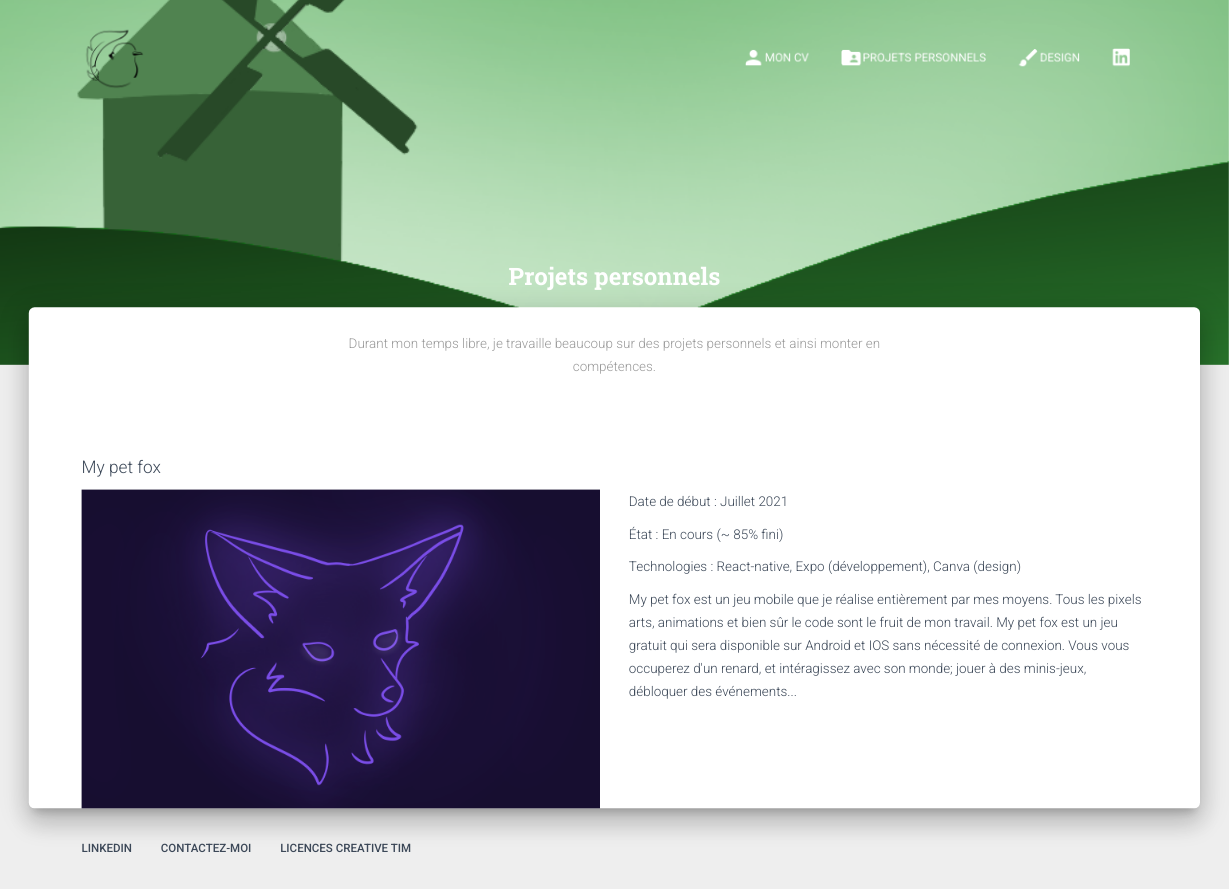
Repository: sdeschaepmeester/NewPortfolio
Page: /#/projects
An editor plug-in stored every save of this project. The page is shown before and after the next save, followed by the edit.
The browser window is 1280 px wide. The pictures show the whole page, at 96% of full size.
Some web libraries are served in a nearby version. The project was rebuilt for these pictures with package versions that can differ from the ones it lists, and the page was loaded fresh each time. Also part of the build but not shown: vue.config.js, src/views/components/APropos.vue, src/views/components/NavigationSection.vue, src/views/components/SmallNavigationSection.vue, src/components/Dropdown.vue, src/components/Pagination.vue, src/components/Slider.vue, src/components/Badge.vue and 15 more.

Above is the page before, as saved 2022-07-11 18:36:58.

### public/index.html
<!--

=========================================================
* Vue Material Kit - v1.2.2
=========================================================

* Product Page: https://www.creative-tim.com/product/vue-material-kit
* Copyright 2019 Creative Tim (https://www.creative-tim.com)
* Licensed under MIT (https://github.com/creativetimofficial/vue-material-kit/blob/master/LICENSE.md)

* Coded by Creative Tim

=========================================================

* The above copyright notice and this permission notice shall be included in all copies or substantial portions of the Software.

-->

<!DOCTYPE html>
<html lang="en">
  <head>
    <meta charset="utf-8">
    <meta http-equiv="X-UA-Compatible" content="IE=edge">
    <meta name="viewport" content="width=device-width,initial-scale=1.0">
    <link rel="icon" href="<%= BASE_URL %>favicon.png">
    <title>Portfolio - Samantha Deschaepmeester</title>

    <!--  Fonts and icons     -->
    <link rel="stylesheet" type="text/css" href="https://fonts.googleapis.com/css?family=Roboto:300,400,500,700|Roboto+Slab:400,700|Material+Icons" />
    <link rel="stylesheet" href="//fonts.googleapis.com/icon?family=Material+Icons">
    <link href="https://use.fontawesome.com/releases/v5.0.8/css/all.css" rel="stylesheet">
  </head>
  <body>
    <noscript>
      <strong>We're sorry but vue-material-kit doesn't work properly without JavaScript enabled. Please enable it to continue.</strong>
    </noscript>
    <div id="app"></div>
    <!-- built files will be auto injected -->
  </body>
</html>

### src/views/Projects.vue
<template>
  <div class="wrapper">
    <parallax
      class="section page-header"
      :style="headerStyle"
    ></parallax>
    <div class="main main-raised">
      <div class="section">
        <div class="container">
          <div class="md-layout">
            <div class="md-layout-item md-size-50 mx-auto">
              <div class="profile">
                <div class="avatar">
                </div>
                <div class="name">
                  <h3 class="title" style="color: white" >Projets personnels</h3>
                </div>
              </div>
            </div>
          </div>
          <div class="description text-center">
            <p>
              Durant mon temps libre, je travaille beaucoup sur des projets personnels et ainsi monter en compétences.
            </p>
          </div>
          <div class="profile-tabs">
<h4>My pet fox</h4>
      <div class="md-layout">
        <div
          class="md-layout-item md-size-50 md-xsmall-size-100"
        >
          <img
            :src="require('@/assets/img/drawing/neon-fox.png')"
          />
        </div>
        <div
          class="md-layout-item md-xsmall-size-100"
        >

          <p>Date de début : Juillet 2021</p>
          <p>État : En cours (~ 85% fini)</p>
          <p>Technologies : React-native, Expo (développement), Canva (design)</p>
          <p>My pet fox est un jeu mobile que je réalise entièrement par mes moyens. Tous les pixels arts, animations et bien
             sûr le code sont le fruit de mon travail.
             My pet fox est un jeu gratuit qui sera disponible sur Android et IOS sans nécessité de connexion.
             Vous vous occuperez d'un renard, et intéragissez avec son monde; jouer à des minis-jeux, débloquer des événements...
          </p>
        </div>
      </div>






          </div>
        </div>
      </div>
    </div>
  </div>
</template>

<script>
export default {
  components: {
  },
  bodyClass: "profile-page",
  data() {
    return {
    };
  },
  props: {
    header: {
      type: String,
      default: require("@/assets/img/mill.png")
    },
  },
  computed: {
    headerStyle() {
      return {
        backgroundImage: `url(${this.header})`
      };
    }
  },
  methods: {
  }
};
</script>

<style lang="scss" scoped>
.imageInModal{
  max-height: 250px;
  max-width: 500px;
}

.modalImage {
  height: 500px!important;
  position: fixed!important;
  margin-top: 5%!important;
}

.section {
  padding: 0;
}

.profile-tabs::v-deep {
  .md-card-tabs .md-list {
    justify-content: center;
  }

  [class*="tab-pane-"] {
    margin-top: 3.213rem;
    padding-bottom: 50px;

    img {
      margin-bottom: 2.142rem;
    }
  }
}
</style>

### src/layout/MainFooter.vue
<template>
  <footer
    class="footer"
    :class="{ [`footer-${type}`]: type }"
    :data-background-color="backgroundColor"
  >
    <div class="container">
      <nav>
        <ul>
          <li>
            <a href="https://www.linkedin.com/in/samantha-deschaepmeester/">
              LinkedIn
            </a>
          </li>
          <li>
            <a href="mailto:deschaepmeester.samantha@gmail.com">
              Contactez-moi
            </a>
          </li>
          <li>
            <a href="https://www.creative-tim.com/license">
              Licences Creative Tim
            </a>
          </li>
        </ul>
      </nav>
    </div>
  </footer>
</template>
<script>
export default {
  props: {
    backgroundColor: String,
    type: String
  },
  data() {
    return {
      year: new Date().getFullYear()
    };
  }
};
</script>
<style></style>

### src/assets/scss/material-kit/_typography.scss
body, h1, h2, h3, h4, h5, h6, .h1, .h2, .h3, .h4 {
  font-family: $font-family-sans-serif;
  font-weight: 300;
}

h1,h2,h3,.h1,.h2,.h3{
    margin-top: 20px;
    margin-bottom: 10px;
}

h4,h5,h6,.h4,.h5,.h6{
    margin-top: 10px;
    margin-bottom: 10px;
}

h1, .h1 {
    font-size: $font-size-h1;
    line-height: 1.15em;
}
h2, .h2{
    font-size: $font-size-h2;
    line-height: 1.5em;
}
h3, .h3{
    font-size: $font-size-h3;
    line-height: 1.4em;
}
h4, .h4{
    font-size: $font-size-h4;
    line-height: 1.5em;
}
h5, .h5 {
    font-size: $font-size-h5;
    line-height: 1.55em;
    margin-bottom: 15px;
}
h6, .h6{
    font-size: $font-size-h6;
    text-transform: uppercase;
    font-weight: $font-weight-bold;
}

p{
    font-size: $font-paragraph;
    margin: 0 0 10px;
}

h2.title{
    margin-bottom: $margin-base * 2;
}

.title,
.card-title,
.info-title,
.footer-brand,
.footer-big h5,
.footer-big h4,
.media .media-heading{
    font-weight: $font-weight-extra-bold;
    font-family: $font-family-serif;

    &,
    a{
        color: $black-color;
        text-decoration: none;
    }
}

.description,
.card-description,
.footer-big p{
    color: $gray-light;
}

.text-warning {
  color: $brand-warning !important;
}
.text-primary {
  color: $brand-primary !important;
}
.text-danger {
  color: $brand-danger !important;
}
.text-success {
  color: $brand-success !important;
}
.text-info {
  color: $brand-info !important;
}
.text-gray{
  color: $gray-color !important;
}
.text-muted {
  color: #6c757d!important;
}

### src/assets/scss/material-kit/_carousel.scss
.VueCarousel-pagination {
  position: absolute;
  bottom: 5px;
  margin-bottom: 15px;
}

.VueCarousel-wrapper {
  border-radius: $border-radius-large;
}

.VueCarousel-dot {
  width: 10px !important;
  height: 10px !important;
  padding: 0 !important;
  margin: 10px;
  border: 1px solid #fff;
  background: #FFF !important;
  box-shadow: 0 2px 2px 0 rgba(0,0,0,.14), 0 3px 1px -2px rgba(0,0,0,.12), 0 1px 5px 0 rgba(0,0,0,.2);
  border-radius: 2px !important;
  transition: all .3s linear;

  &:focus {
    outline: 0 !important;
  }
}

.VueCarousel-dot--active {
  margin-top: 10px;
  transform: scale(1.5);
  box-shadow: 0 4px 5px 0 rgba(0,0,0,.14), 0 1px 10px 0 rgba(0,0,0,.12), 0 2px 4px -1px rgba(0,0,0,.2);
}

.carousel-caption {
  position: absolute;
  bottom: 25px;
  left: 0;
  right: 0;
  text-align: center;
  padding-top: 20px;
  padding-bottom: 45px;

  &,
  .md-icon,
  .fa,
  .fab,
  .fas {
    color: $white-color !important;
  }
}

.VueCarousel-navigation-prev {
  left: 95px !important;

}

.VueCarousel-navigation-next {
  right: 95px !important;
}

.VueCarousel-navigation-prev i,
.VueCarousel-navigation-next i {
  font-size: 50px;
  color: $white-color !important;
  opacity: .5;

  &:hover {
    opacity: 1;
  }
}

.VueCarousel-slide {
  position: relative;
}

### src/assets/scss/material-kit/_autocomplete.scss
.md-menu-content:not(.md-select-menu) .md-menu-content-container .md-list {
  .md-list-item {
    margin: 0 .3125rem;

    &:not(:last-child) {
      margin-bottom: 5px;
    }

    .md-list-item-button {
      background-color: transparent;
      color: $gray-dark !important;
      border-radius: 3px;

      &:hover {
        background-color: $brand-primary !important;
        @include shadow-big-color($brand-primary);
        color: #FFF !important;
      }

      .md-list-item-content {
        min-height: 38px;
        font-size: 13px;

        span {
          top: auto;
          left: auto;
          right: 0;
          padding-left: 15px;
          padding-right: 15px;
        }
      }
    }
  }
}

### src/assets/scss/material-kit/_info-areas.scss
.info{
    max-width: 360px;
    margin: 0 auto;
    padding: 70px 0 30px;

    .icon{
        color: $gray-color;

        > i{
            font-size: 3.85rem !important;
            min-width: auto;
            width: auto;
            height: auto;
            vertical-align: unset;
        }
    }
    .info-title{
        color: $black-color;
        margin: 0.875rem * 2 0 0.875rem;
    }
    p{
        color: $gray-color;
    }
}

.info-horizontal{
    .icon{
        float: left;
        margin-top: 24px;
        margin-right: 10px;

        >i{
            font-size: $font-size-h2;
        }
    }
    .description{
        overflow: hidden;
    }

}

.icon {

  &.icon-primary i{
    color: $brand-primary !important;
    }
  &.icon-info i{
    color: $brand-info !important;
  }
  &.icon-success i{
    color: $brand-success !important;
  }
  &.icon-warning i{
    color: $brand-warning !important;
  }
  &.icon-danger i{
    color: $brand-danger !important;
  }
  &.icon-rose i{
    color: $brand-rose !important;
}
}

### src/assets/scss/material-kit/_badges.scss
.badge {
  display: inline-block;
  border-radius: $border-radius-label;
  padding: 5px 12px;
  text-transform: uppercase;
  font-size: 10px;
  color: $white-color;
  font-weight: 500;
  line-height: 1;
  text-align: center;
  white-space: nowrap;
  vertical-align: baseline;

  &:not(:last-child) {
    margin-right: 5px;
  }

  @include badge-color();
}


.badge-default[href]:hover,
.badge-default[href]:focus {
  background-color: darken($gray-light, 5%);
}

.badge-primary[href]:hover,
.badge-primary[href]:focus {
  background-color: darken($brand-primary, 5%);
}

.badge-info[href]:hover,
.badge-info[href]:focus {
  background-color: darken($brand-info, 5%);
}

.badge-success[href]:hover,
.badge-success[href]:focus {
  background-color: darken($brand-success, 5%);
}

.badge-warning[href]:hover,
.badge-warning[href]:focus {
  background-color: darken($brand-warning, 5%);
  color: $white-color;
}

.badge-danger[href]:hover,
.badge-danger[href]:focus {
  background-color: darken($brand-danger, 5%);
}
.badge-rose[href]:hover,
.badge-rose[href]:focus {
  background-color: darken($brand-rose, 5%);
}

### src/assets/scss/material-kit/_tables.scss
.md-table-cell-container{
  padding: 0;
  .md-table-cell:last-child &{
    padding-right: 0;
    text-align: right;
    display: flex;
  }
}
.md-table-head-container{
  height: auto;
  padding: 0;
}
.md-tabs-content table thead{
  display: none;
}

.md-tabs-container tbody .md-table-row:first-child td{
  border: 0;
}

.md-table-cell{
  padding: 12px 8px;
  font-size: $font-size-base;
}

.md-table-head-label{
  font-size: $font-size-h5;
  padding-left: 8px;
  font-weight: 300;
}

.md-table .md-table-row:hover .md-table-cell{
  background-color: transparent !important;
}

.md-table .md-table-row:hover{
  background: $table-bg-hover !important;
}

.md-card-plain .md-card-content > div .md-table .md-table-content,
.md-card-plain .md-card-content > div .md-table {
  background-color: transparent !important;
}

.md-table{
  &[table-header-color="orange"] .md-table-head{
    color: $brand-warning !important;
  }
  &[table-header-color="purple"] .md-table-head{
    color: $brand-primary !important;
  }
  &[table-header-color="blue"] .md-table-head{
    color: $brand-info !important;
  }
  &[table-header-color="red"] .md-table-head{
    color: $brand-danger !important;
  }
  &[table-header-color="green"] .md-table-head{
    color: $brand-success !important;
  }

  .md-table-row td{
    border-top-color: rgba(0,0,0,.06) !important;
  }
}

### src/assets/scss/material-kit/_headers.scss
.page-header{
    height: 100vh;
    background-position: center center;
    background-size: cover;
    margin: 0;
    padding: 0;
    border: 0;
    display: flex;
    align-items: center;
    justify-content: center;

    .carousel .carousel-indicators{
        bottom: 60px;
    }

    > .container{
        color: $white-color;
    }

    .title{
        color: $white-color;
    }

    &.header-small{
        height: 65vh;
        min-height: 65vh;
    }

    .iframe-container{
        iframe{
            width: 100%;
            box-shadow: 0 16px 38px -12px rgba(0, 0, 0, 0.56),
                        0 4px 25px 0px rgba(0, 0, 0, 0.12),
                        0 8px 10px -5px rgba(0, 0, 0, 0.2);
        }
    }
}

.header-filter{
    position: relative;

    &:before,
    &:after{
        position: absolute;
        z-index: 1;
        width: 100%;
        height: 100%;
        display: block;
        left: 0;
        top: 0;
        content: "";
    }

    .md-layout{
        z-index: 2;
        position: relative;
    }
}
.clear-filter::before {
  background: none;
}

.purple-filter:after{
  background: rgba(101, 47, 142, 0.64);
  background: linear-gradient(45deg, rgba(101, 47, 142, 0.88) 0%, rgba(125, 46, 185, 0.45) 100%);
  background: -moz-linear-gradient(135deg, rgba(101, 47, 142, 0.88) 0%, rgba(125, 46, 185, 0.45) 100%);
  background: -webkit-linear-gradient(135deg, rgba(101, 47, 142, 0.88) 0%, rgba(125, 46, 185, 0.45) 100%);
}

### src/assets/scss/material-kit/_checkboxes.scss
.md-checkbox{
  .md-checkbox-container{
    border: 1px solid rgba(0, 0, 0, .54);
    border-radius: 3px;

    .md-ripple{
      overflow: hidden;
    }
  }

  &.md-checked .md-checkbox-container{
    &:after{
      border-color: $brand-primary !important;
      top: 1px;
      left: 6px;
    }
  }

  .md-checkbox-label{
    font-weight: 400;
    font-size: .875rem;
    color: #aaa;
    padding-left: 10px;
  }

  &.md-theme-default.md-checked .md-checkbox-container{
    background-color: transparent !important;
    border-color: inherit;
  }

  &.md-theme-default.md-checked .md-ripple{
    color: inherit;
  }

  &.md-disabled .md-checkbox-label,
  &.md-disabled .md-checkbox-container{
    opacity: .26;
    border-color: rgba(0, 0, 0, .54) !important;
  }

  &.md-checked.md-disabled .md-checkbox-container{
    background-color: transparent !important;
    border-color: rgba(0, 0, 0, .54) !important;
    opacity: .26;

    &:after{
      border-color: rgba(0, 0, 0, .54) !important;
    }
  }
}

### src/assets/scss/material-kit/_togglebutton.scss
.md-switch .md-switch-thumb .md-ripple,
.md-switch .md-switch-thumb:before {
  overflow: hidden;
}

.md-switch {
  display: flex;
  margin: 0;

  .md-switch-label {
    color: rgba(0,0,0,.26);
    font-size: 14px;
    line-height: 1.42857;
    font-weight: 400;
    margin-bottom: .5rem;
  }

  .md-switch-container{
    background-color: rgba(80,80,80,.7) !important;
  }

  .md-switch-thumb {
    background-color: $white-color !important;
    border: 1px solid rgba(0,0,0,.54);
    box-shadow: 0 1px 3px 1px rgba(0,0,0,.4);

    .md-ripple .md-ripple-wave{
      background-color: rgba(0,0,0,.54) !important;
    }
  }

  &.md-checked {
    .md-switch-thumb {
      border: 1px solid $brand-primary;

      .md-ripple .md-ripple-wave{
        background-color: rgba(156,39,176,.7) !important;
      }
    }

    .md-switch-container {
      background-color: rgba(156,39,176,.7) !important;
    }
  }
}

### src/assets/scss/material-kit/_radios.scss
.md-radio{

  .md-radio-label{
    padding-left: 10px;
    color: #aaa;
    font-size: .875rem;
    font-weight: 400;
  }

  .md-radio-container{
    border: 1px solid rgba(0,0,0,.54) !important;
    width: 15px;
    min-width: 15px;
    height: 15px;
    top: 2px;
    transition: .2s !important;

    &:after{
      transform: scale3D(0,0,0);
      transition: .2s !important;
      right: 2px;
      bottom: 2px;
      top: 2px;
      left: 2px;
      border-radius: 100%;
    }

    .md-ripple{
      overflow: hidden;

      .md-ripple-wave{
        background-color: $brand-primary;
      }
    }
  }

  &.md-checked .md-radio-container{
    border-color: $brand-primary !important;

    &:after{
      background-color: $brand-primary !important;
    }
  }

  &.md-disabled .md-radio-label,
  &.md-disabled .md-radio-container{
    opacity: .26;
    border-color: rgba(0, 0, 0, .54) !important;
  }

  &.md-checked.md-disabled .md-radio-container{
    background-color: transparent !important;
    border-color: rgba(0, 0, 0, .54) !important;
    opacity: .26;

    &:after{
      background-color: rgba(0, 0, 0, .54) !important;
    }
  }
}

### src/assets/scss/material-kit/_footers.scss
footer{
    padding: $padding-base 0;

    nav,
    .copyright{
      display: inline-block;
    }

    ul{
    padding: 0;
    margin: 0;
    list-style: none;

        li{
            display: inline-block;

            a{
                color: inherit !important;
                padding: $padding-base;
                font-weight: $font-weight-bold;
                font-size: $mdb-btn-font-size-base;
                text-transform: uppercase;
                border-radius: $border-radius-base;
                text-decoration: none;
                position: relative;
                display: block;

                &:hover{
                    text-decoration: none;
                }
            }

          &:first-child a{
            margin-left: -15px;
          }
        }
    }

    .copyright{
        padding: 15px 0;
        margin: 0;
        .md-icon{
            font-size: 18px !important;
            color: inherit !important;
            width: auto !important;
            min-width: auto !important;

        }
    }
}

### src/assets/scss/material-kit/_tabs.scss
.md-tabs-navigation{
  @include shadow-big();
  margin: -50px -15px 0 -15px;
  border-radius: $border-radius-base;
  padding: $padding-base + 1 $padding-base $padding-base + 1 75px;
  background-color: $gray-color;
  overflow: auto;

  .md-icon-label .md-button-content{
    flex-direction: row;
  }

  & + .md-tabs-content{
    .md-checkbox.md-checked .md-checkbox-container:after{
      top: 0px;
      left: 5px;
    }
    .md-tab {
      text-align: center;
    }
  }

  .no-label & {
    padding-left: 15px;
  }


  .md-button,
  .md-button:hover,
  .md-button:focus,
  .md-button:active {
    background-color: transparent !important;
    box-shadow: none;
  }

  .md-active,
  .md-active:hover,
  .md-active:focus{
    background-color: rgba(255, 255, 255, 0.2) !important;
    box-shadow: none;
  }

  .md-button{
    height: auto;
    border-radius: 3px;
    font-weight: 500;
    line-height: 24px;
    text-transform: uppercase;
    font-size: 12px;

    &:not(:last-child){
      margin-right: 5px;
    }

    .md-tab-icon + .md-tab-label{
      margin-top: 0px;
      margin-left: 7px;
    }

    .md-ripple{
      padding: 10px 15px !important;
    }
  }
}

.md-tabs-indicator{
  display: none;
}

.md-nav-tabs-title{
  position: absolute;
  z-index: 9999;
  top: 6px;
  color: white;
  font-size: initial;
  margin-left: 15px;
}

.md-tab{
  padding: 15px 0 0 0;
}

.md-card-nav-tabs.md-card-plain {
  .md-content.md-theme-default {
    background-color: transparent;
  }
}

### src/components/Parallax.vue
<template>
  <div :style="styles">
    <slot></slot>
  </div>
</template>
<script>
function debounce(func, wait, immediate) {
  let timeout;
  return function() {
    const context = this,
      args = arguments;
    clearTimeout(timeout);
    timeout = setTimeout(() => {
      timeout = null;
      if (!immediate) func.apply(context, args);
    }, wait);
    if (immediate && !timeout) func.apply(context, args);
  };
}
export default {
  name: "parallax",
  data() {
    return {
      styles: {},
      debounceTimeout: 6
    };
  },
  methods: {
    handleScroll(scrollVal) {
      let oVal = scrollVal / 3;
      this.styles = {
        transform: `translate3d(0, ${oVal}px,0)`
      };
    },
    checkForParallax(scrollVal) {
      let fn = debounce(
        () => this.handleScroll(scrollVal),
        this.debounceTimeout
      );
      fn();
    }
  },
  mounted() {
    let self = this;
    window.addEventListener("scroll", function() {
      if (window.innerWidth > 991) {
        let scrollVal = this.scrollY;
        self.checkForParallax(scrollVal);
      }
    });
  }
};
</script>

Loaded but not shown: src/main.js (common file); src/App.vue (common file); src/plugins/material-kit.js (common file); src/plugins/globalDirectives.js (common file); src/plugins/globalMixins.js (common file); src/plugins/globalComponents.js (common file); src/components/index.js (common file); src/layout/MobileMenu.vue (common file); src/assets/scss/material-kit/mixins/_transparency.scss (common file); src/assets/scss/material-kit/plugins/_perfect-scrollbar.scss (common file); src/assets/scss/material-kit/plugins/_plugin-nouislider.scss (common file); src/assets/scss/material-kit/_images.scss (common file); src/assets/scss/material-kit/_progress.scss (common file); src/assets/scss/material-kit/_layout.scss (common file); src/router.js (87 lines, source omitted); src/assets/scss/material-kit/_variables.scss (1135 lines, source omitted); src/assets/scss/material-kit/_cards.scss (546 lines, source omitted); src/assets/scss/material-kit/_colors.scss (339 lines, source omitted); src/assets/scss/material-kit/_mixins.scss (393 lines, source omitted); src/assets/scss/material-kit/_responsive.scss (460 lines, source omitted); src/assets/scss/material-kit/_navbars.scss (404 lines, source omitted); src/assets/scss/material-kit/mixins/_vendor-prefixes.scss (176 lines, source omitted); src/assets/scss/material-kit/_inputs.scss (296 lines, source omitted); src/assets/scss/material-kit/_shadows.scss (148 lines, source omitted); src/layout/MainNavbar.vue (177 lines, source omitted); src/assets/scss/material-kit/_buttons.scss (242 lines, source omitted); src/assets/scss/material-kit/_popups.scss (164 lines, source omitted); src/assets/scss/material-kit/_example-pages.scss (170 lines, source omitted); src/assets/scss/material-kit/_dropdown.scss (151 lines, source omitted); src/assets/scss/material-kit/_pagination.scss (125 lines, source omitted); src/assets/demo.css (206 lines, source omitted); src/assets/scss/material-kit/_pills.scss (117 lines, source omitted); src/assets/scss/material-kit/_misc.scss (160 lines, source omitted); src/assets/scss/material-kit/_alerts.scss (104 lines, source omitted); src/assets/scss/material-kit/_datepicker.scss (104 lines, source omitted); src/assets/scss/material-kit.scss (58 lines, source omitted); src/assets/scss/material-kit/_dialogs.scss (113 lines, source omitted)

After the next save:
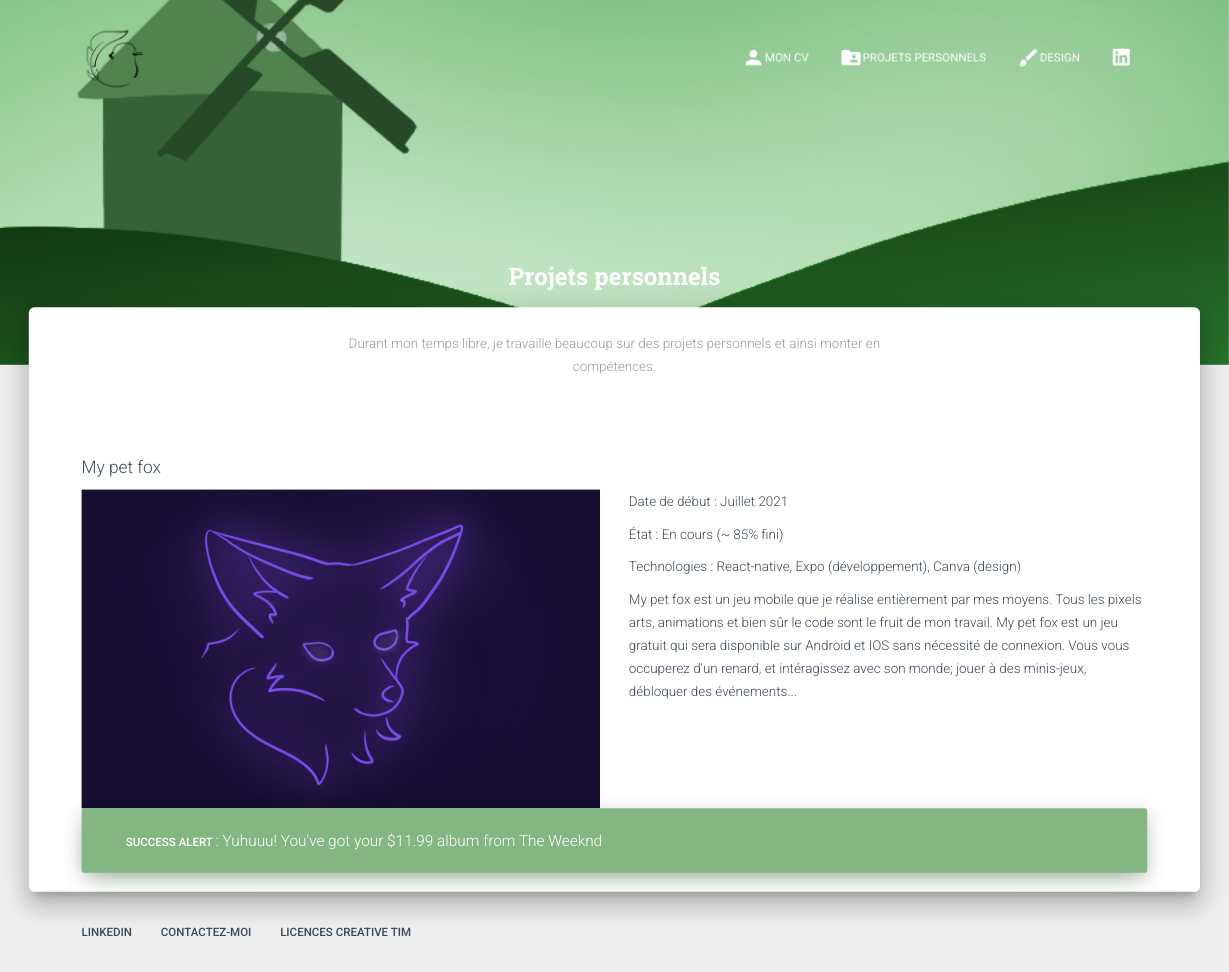
Saved 106 s later.
--- a/src/views/Projects.vue
+++ b/src/views/Projects.vue
@@ -49,6 +49,12 @@
       </div>
 
 
+      <div class="alert alert-success">
+        <div class="container">
+          <b> SUCCESS ALERT </b> : Yuhuuu! You've got your $11.99 album from The
+          Weeknd
+        </div>
+      </div>
 
 
 
